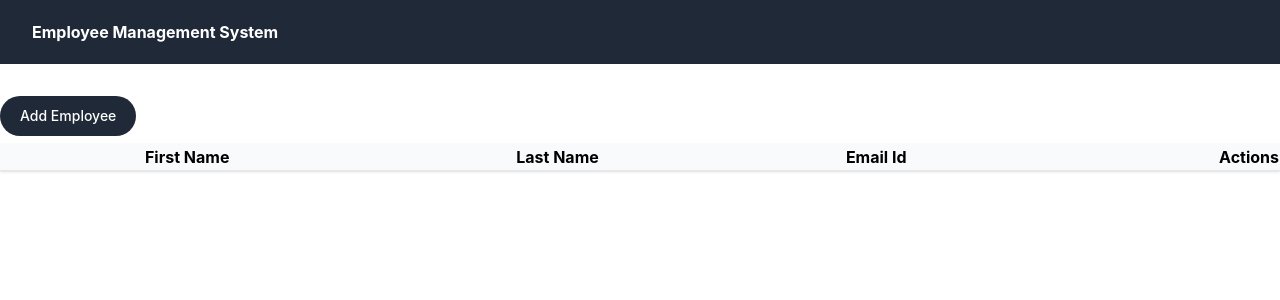
Repository: Atanu484/Full-Stack-Employee-Management-System
Page: / (app in employee-system-frontend/)
An editor plug-in stored every save of this project. The page is shown before and after the next save, followed by the edit.
The browser window is 1280 px wide. The pictures show the whole page.
The project was rebuilt for these pictures with package versions that can differ from the ones it lists, and the page was loaded fresh each time. Also part of the build but not shown: employee-system-frontend/src/App.css, employee-system-frontend/src/services/EmployeeService.js, employee-system-frontend/src/components/AddEmployee.js.

Above is the page before, as saved 2022-08-15 04:50:25.

### employee-system-frontend/src/App.js

import { BrowserRouter, Routes, Route } from 'react-router-dom';
import './App.css';
import AddEmployee from './components/AddEmployee';
import EmployeeList from './components/EmployeeList';
import NavBar from './components/NavBar';

function App() {
  return (
    <>
      <BrowserRouter>
        <NavBar />
        <Routes>
          <Route path="/" element={<EmployeeList />}></Route>
          <Route path="/employeeList" element={<EmployeeList />}></Route>
          <Route path="/addEmployee" element={<AddEmployee />}></Route>
        </Routes>
      </BrowserRouter>
    </>
  );
}

export default App;

### employee-system-frontend/src/components/EmployeeList.js

import React from 'react';
const EmployeeList = () => {
    return (
        <div className="container mx-auto my-8">
            <div className="h-12">
                <button type="button" class="text-white bg-gray-800 hover:bg-gray-900 focus:outline-none focus:ring-4 focus:ring-gray-300 font-medium rounded-full text-sm px-5 py-2.5 mr-2 mb-2 dark:bg-gray-800 dark:hover:bg-gray-700 dark:focus:ring-gray-700 dark:border-gray-700">Add Employee</button>
            </div>
            <div className="flex shadow border-b">
                <table className="min-w-full">
                    <thead className="bg-gray-50">
                        <tr>
                            <th>First Name</th>
                            <th>Last Name</th>
                            <th>Email Id</th>
                            <th className="text-right">Actions</th>
                        </tr>
                    </thead>
                    <tbody>
                        <tr></tr>
                        <tr></tr>
                        <tr></tr>
                        <tr></tr>
                    </tbody>
                </table>
            </div>
        </div>
    );
};

export default EmployeeList;

### employee-system-frontend/src/components/NavBar.js
import React from "react";

const Navbar = () => {
    return (
        <div className="bg-gray-800">
            <div className="h-16 px-8 flex items-center">
                <p className="text-white font-bold">Employee Management System</p>
            </div>
        </div>
    );
};

export default Navbar;

Loaded but not shown: employee-system-frontend/public/index.html (common file); employee-system-frontend/src/index.js (common file); employee-system-frontend/src/index.css (common file); employee-system-frontend/tailwind.config.js (common file)

After the next save:
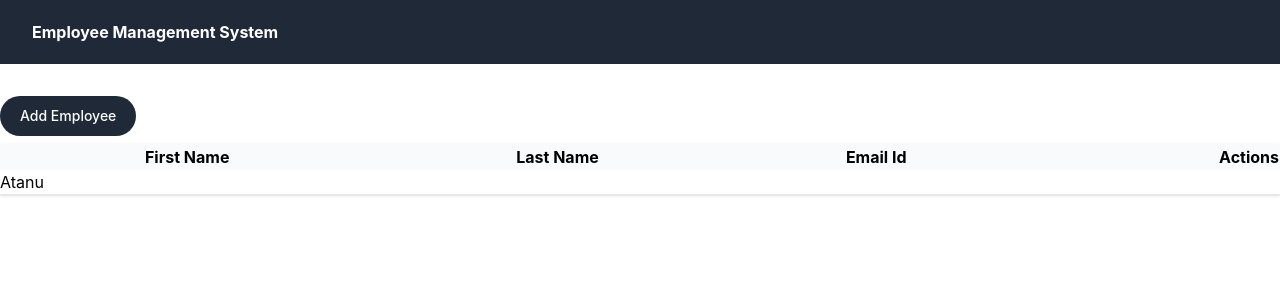
Saved 11 s later.
--- a/employee-system-frontend/src/components/EmployeeList.js
+++ b/employee-system-frontend/src/components/EmployeeList.js
@@ -17,7 +17,7 @@ const EmployeeList = () => {
                         </tr>
                     </thead>
                     <tbody>
-                        <tr></tr>
+                        <tr>Atanu</tr>
                         <tr></tr>
                         <tr></tr>
                         <tr></tr>
